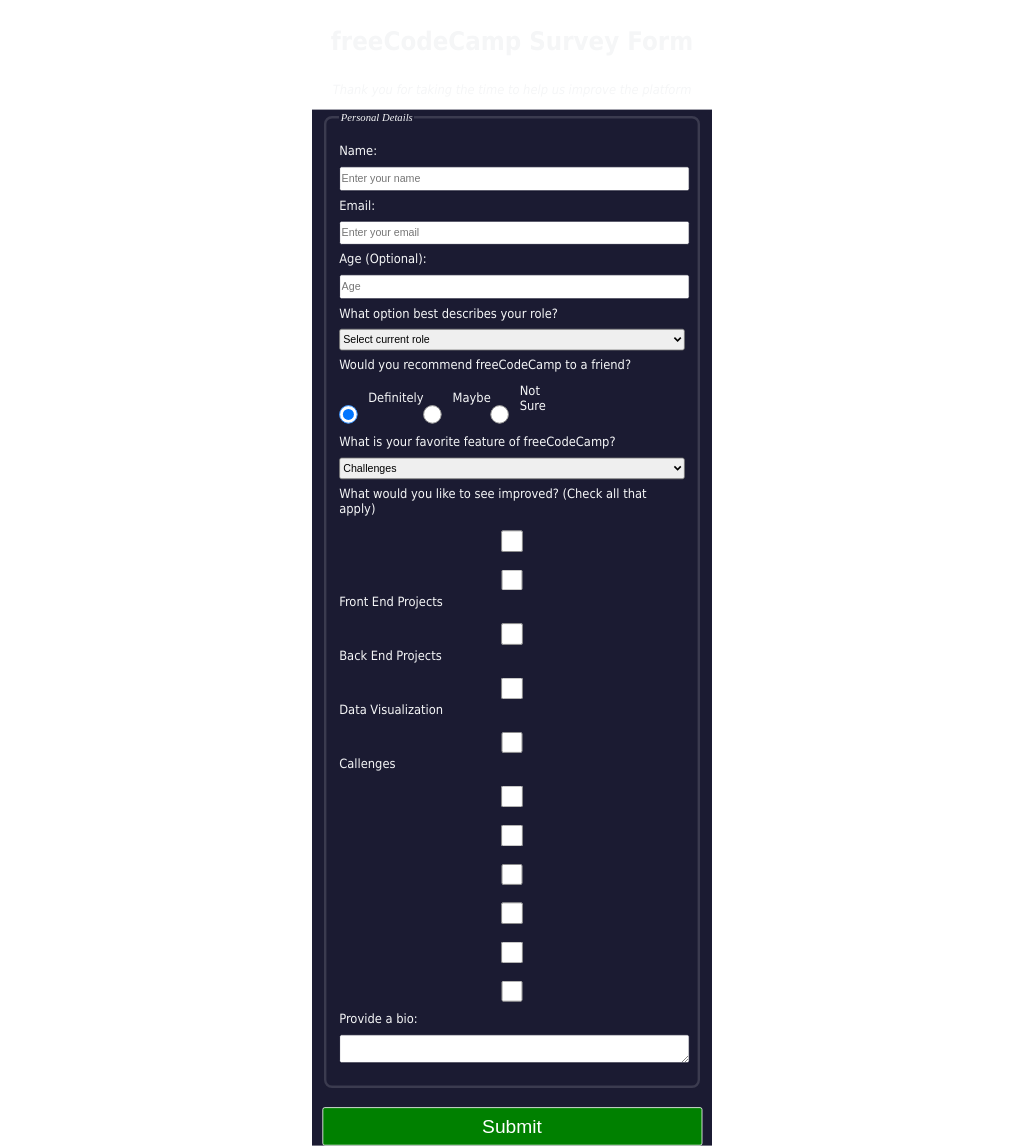
Repository: Lungdjos/survey_form_certification
Page: index.html
An editor plug-in stored every save of this project. The page is shown before and after the next save, followed by the edit.
The browser window is 1280 px wide. The pictures show the whole page, at 80% of full size.

Above is the page before, as saved 2023-09-30 23:24:48.

### index.html
<!DOCTYPE html>
<html lang="en">

<head>
    <meta charset="UTF-8">
    <meta name="viewport" content="width=device-width, initial-scale=1.0">
    <title>Survey Form</title>
    <link rel="stylesheet" href="styles.css">
</head>

<body>
    <h1>freeCodeCamp Survey Form </h1>
    <p>Thank you for taking the time to help us improve the platform</p>
    <form action="https://register-demo.freecodecamp.org" method="post">
        <fieldset>
            <legend> <small>Personal Details</small> </legend>
            <label for="name">Name: <input type="text" id="name" name="name" placeholder="Enter your name" required> </label>
            <label for="email">Email: <input type="email" id="email" name="email" placeholder="Enter your email" required> </label>
            <label for="age">Age (Optional): <input type="number" name="age" id="age" min="13" max="100" placeholder="Age"> </label>
            <label for="referrer"> What option best describes your role?
                <select name="referrer" id="referrer">
                    <option value="">Select current role</option>
                    <option value="1"  name="news">Student</option>
                    <option value="2" name="youtube" >Full Time Job</option>
                    <option value="3" name="forum" >Full Time Learner</option>
                    <option value="4" name="other" >Prefer not to say</option>
                    <option value="5" name="other" >Other</option>
                </select>
            </label>
            <label for="rec">
                Would you recommend freeCodeCamp to a friend?
                <div class="radio-label">
                    <input  type="radio" name="recommendation" id="rec" checked> Definitely
                    <input  type="radio" name="recommendation" id="rec">Maybe
                    <input  type="radio" name="recommendation" id="rec">Not Sure
                </div>

            </label>

            <label for="referrer"> What is your favorite feature of freeCodeCamp?
                <select name="referrer" id="referrer">
                    <option value="">Select an option</option>
                    <option value="1" selected name="news">Challenges</option>
                    <option value="2" name="youtube" >Projects</option>
                    <option value="3" name="forum" >Community</option>
                    <option value="4" name="other" >Open Source</option>
                </select>
            </label>
            <label for="">
                What would you like to see improved? (Check all that apply)
                <label><input type="checkbox"/></label>
            <label><input type="checkbox"/>Front End Projects</label>
            <label><input type="checkbox"/>Back End Projects</label>
            <label><input type="checkbox"/>Data Visualization</label>
            <label><input type="checkbox"/>Callenges</label>
            <label><input type="checkbox"/></label>
            <label><input type="checkbox"/></label>
            <label><input type="checkbox"/></label>
            <label><input type="checkbox"/></label>
            <label><input type="checkbox"/></label>
            <label><input type="checkbox"/></label>
            </label>

            <label for="bio">Provide a bio:
                <textarea name="biography" id="bio" cols="50" rows="2" placeholder="I like coding on the beach..." >
                </textarea>
            </label>
        </fieldset>
        <input type="submit" value="Submit" name="submit" id="submit-btn">
    </form>
</body>

</html>

### styles.css
/* designs for the survey form */


/* CSS for the Registration Form */

body {
    width: 100%;
    height: 100vh;
    /* will need to set the value to */
    margin: 15px 0 15px 0;
    color: #f5f6f7;
    font-size: 16px;
    font-family: Tahoma;
}

label {
    display: block;
    margin: .5rem 0;
}

a {
    color: #dfdfe2;
}

a:hover {
    color: blanchedalmond;
    text-decoration: none;
}

a:active {
    color: #0a0a23;
}

fieldset {
    margin: 15px;
    border-radius: 10px;
    border: 3px solid #3b3b4f;
    padding: 1rem;
}


/* gets the last element and take effects */


/* fieldset:last-of-type {
    border: none;
} */

input,
textarea,
select {
    margin: 10px 0 0 0;
    width: 100%;
    border-radius: 3px;
    min-height: 2em;
}

input,
textarea {
    background-color: #fff;
    border: 1px solid #0a0a23;
    color: #0a0a23;
    ;
}


/* input {}

.inline label {
    display: inline;
    margin: 0 3em 0 0;
    vertical-align: middle;
    justify-content: left;
}


/* Style the radio buttons to make them visually aligned with the labels *

input[type="radio"] {
    vertical-align: middle;
    /* Align radio buttons vertically with the text
    margin-right: 5px;
    /* Add some spacing between the radio button and text


}

/* Add some margin between each radio button and text

label input[type="radio"]+label {
    margin-right: 15px;
}

*/


/* Use flexbox to align items vertically */

.radio-label {
    display: inline-flex;
    align-items: center;
}


/* Style the radio buttons */

input[type="radio"] {
    margin: 3em 1em 0 0;
}

legend {
    font-style: italic;
    font-family: 'Times New Roman', Times, serif;
}

h1,
p {
    margin: 1em auto;
    text-align: center;
}

p {
    font-style: italic;
}

form {
    /* margin: 0px 30px 0px 30px; */
    margin: 0 auto;
    max-width: 500px;
    min-width: 300px;
    width: 60vw;
    background-color: #1b1b32;
}

#submit-btn:hover {
    background-color: blanchedalmond;
    margin-bottom: 2em;
    color: #0a0a23;
    border: 4px solid #3b3b4f;
    border-radius: 8px;
}

input[name="submit"] {
    display: block;
    width: 95%;
    margin: 1em auto;
    height: 2em;
    font-size: 1.5rem;
    background-color: green;
    color: #fff;
    border-color: white;
    min-width: 1em;
}

input[type="file"] {
    min-height: 2em;
    padding: 1px 2px;
}

After the next save:
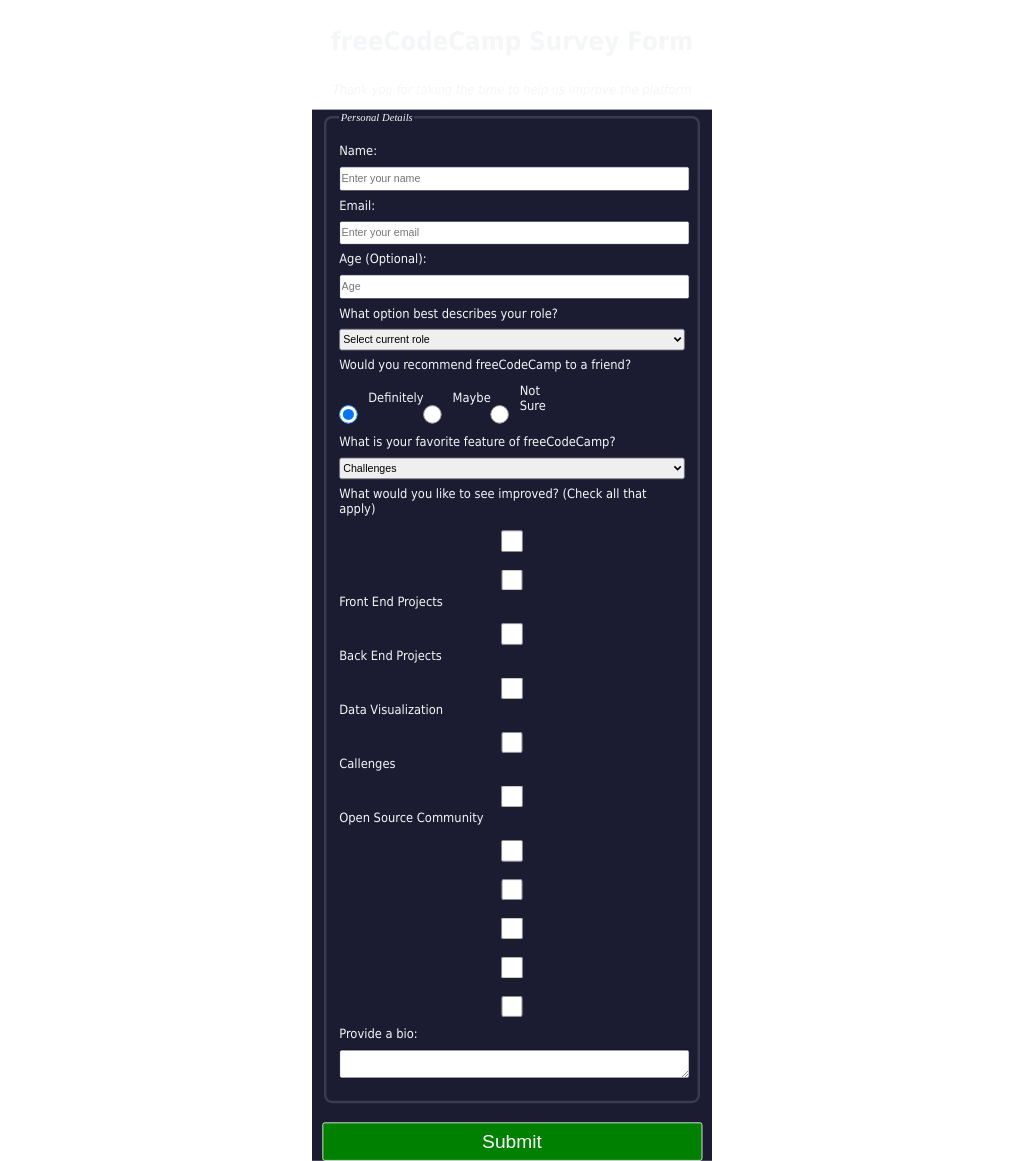
Saved 28 s later.
--- a/index.html
+++ b/index.html
@@ -53,7 +53,7 @@
             <label><input type="checkbox"/>Back End Projects</label>
             <label><input type="checkbox"/>Data Visualization</label>
             <label><input type="checkbox"/>Callenges</label>
-            <label><input type="checkbox"/></label>
+            <label><input type="checkbox"/>Open Source Community</label>
             <label><input type="checkbox"/></label>
             <label><input type="checkbox"/></label>
             <label><input type="checkbox"/></label>
